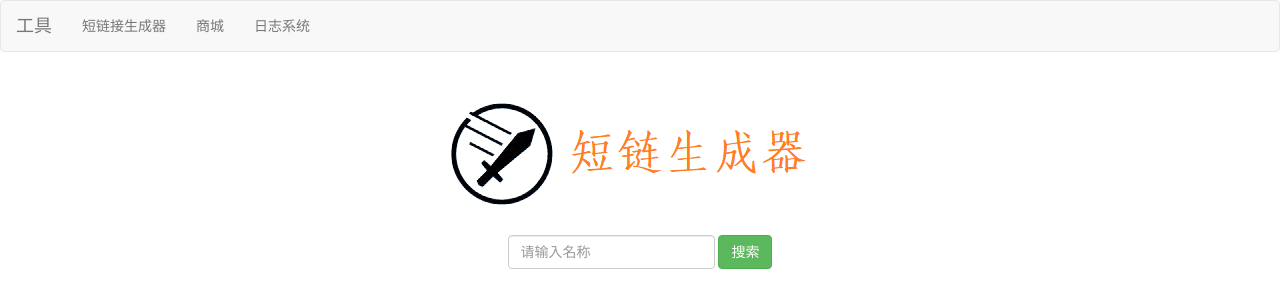
Repository: gwjczwy/CTF-Exercises
Page: http://localhost/tools/
An editor plug-in stored every save of this project. The page is shown before and after the next save, followed by the edit.
The browser window is 1280 px wide. The pictures show the whole page.
The page is served by the project's application, run on Django 2.2 (manage.py).

Above is the page before, as saved 2019-04-29 15:55:31.

After the next save:
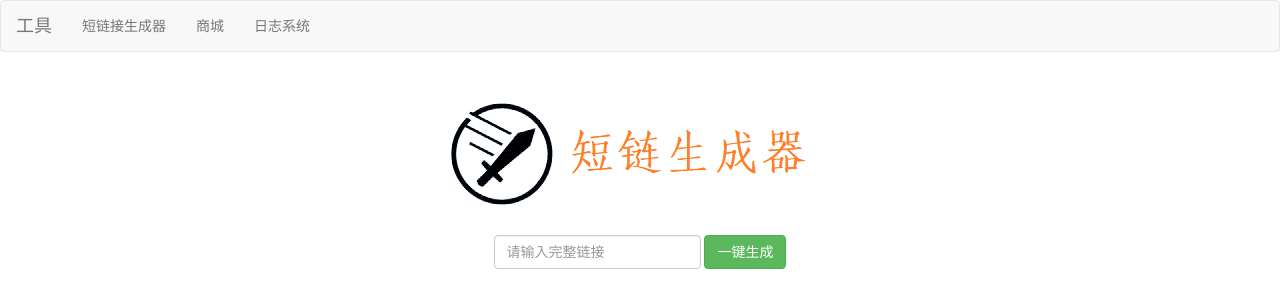
Saved 31 s later.
--- a/tools/templates/tools/index.html
+++ b/tools/templates/tools/index.html
@@ -4,8 +4,8 @@
 	<div style="text-align: center;">
 		<img style="margin: 30px auto 0;" title="网盘搜索" src="{% static "tools/surl.png" %}">
 		<div style="margin: 30px auto 30px;" class="form-inline" name="searcNhBar">
-				<input id="name" type="text" class="form-control" placeholder="请输入名称">
-				<input type="submit" class="btn btn-success" value="搜索" onclick="send()">
+				<input id="name" type="text" class="form-control" placeholder="请输入完整链接">
+				<input type="submit" class="btn btn-success" value="一键生成" onclick="send()">
 		</div>
 	</div>
 
